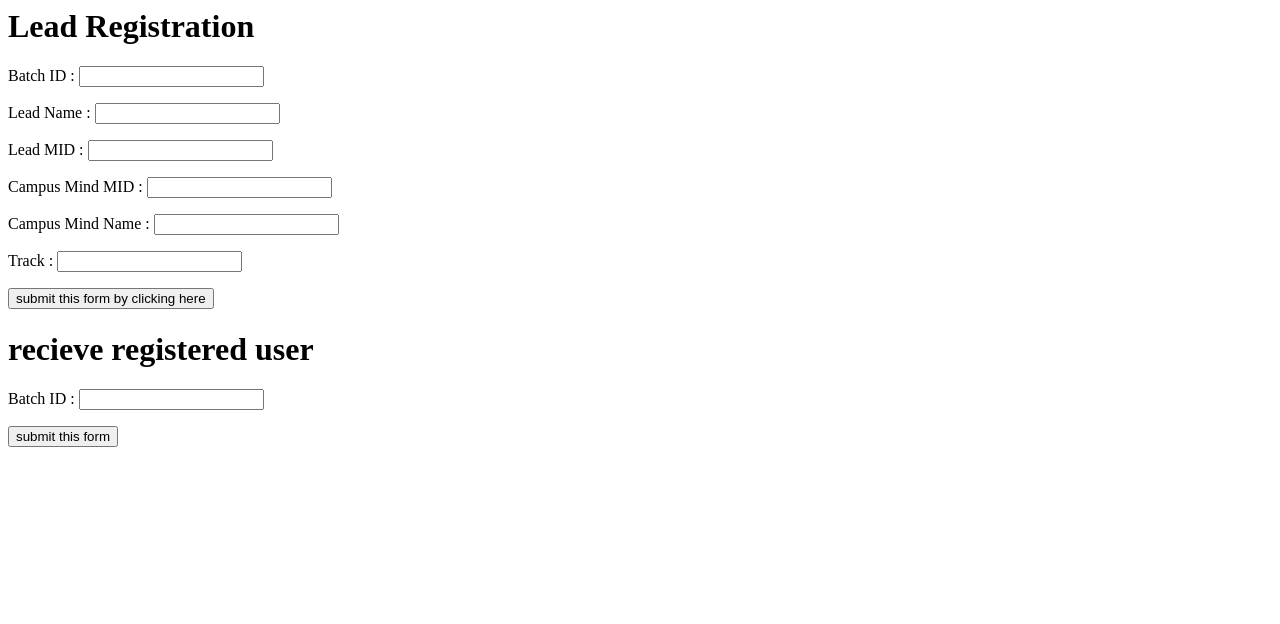
Repository: nikhilbalyan/EAI_BPM_ALL_Projects
Page: http://localhost/Spring_MVC_Hibernate/WEB-INF/pages/RegisterLead.jsp
The author's editor kept a copy of each file at every save. The page is drawn from the files as they stood at one save, then again after the next save.
The browser window is 1280 px wide. The pictures show the whole page.
The page is served by Tomcat 9. Nobody is signed in. The template is opened directly, without the code that normally fills it, so the values that code supplies are empty.

Above is the page before, as saved 2017-12-21 03:22:37.

After the next save:
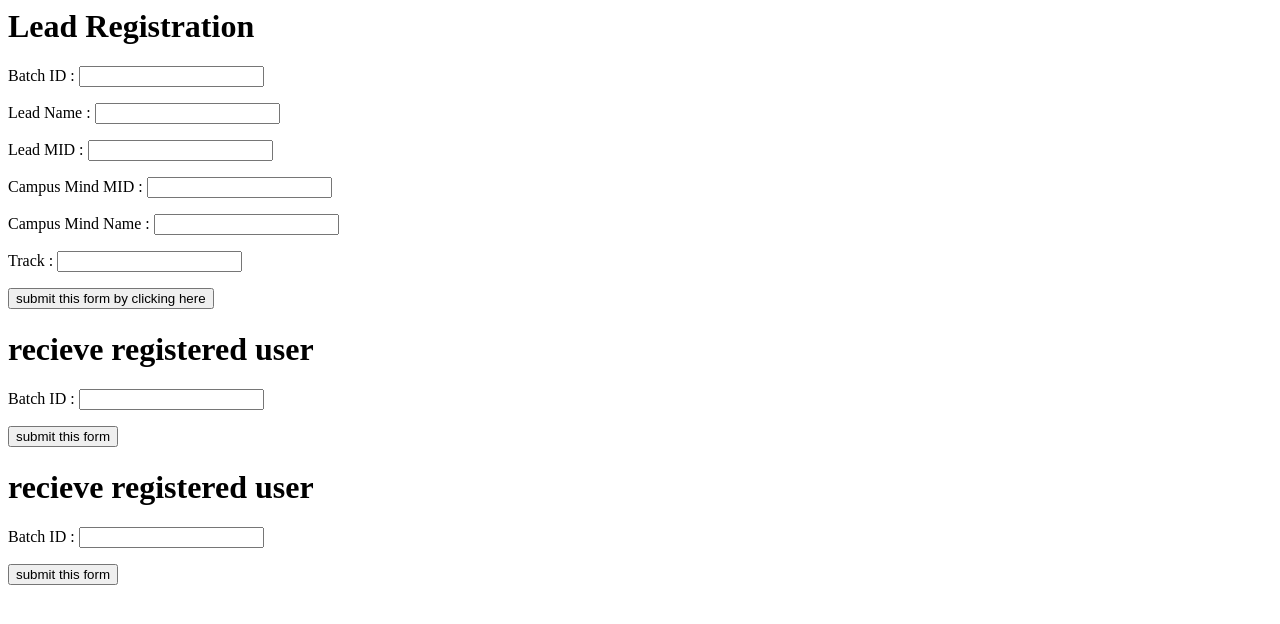
Saved 4 min 0 s later.
--- a/Spring_MVC_Hibernate/WebContent/WEB-INF/pages/RegisterLead.jsp
+++ b/Spring_MVC_Hibernate/WebContent/WEB-INF/pages/RegisterLead.jsp
@@ -49,6 +49,20 @@
 		<input type="submit" value="submit this form" />
 	</form>
 
+	</form>
+
+	<h1>recieve registered user</h1>
+	<!-- second form is here -->
+	<form action="/Spring_MVC_Hibernate/controller/fetchALLOnBatchId/{batchID}"
+		method="GET">
+		<p>
+			Batch ID : <input type="text" name="batchID" />
+		</p>
+
+		<input type="submit" value="submit this form" />
+	</form>
+
+
 
 </body>
 </html>
